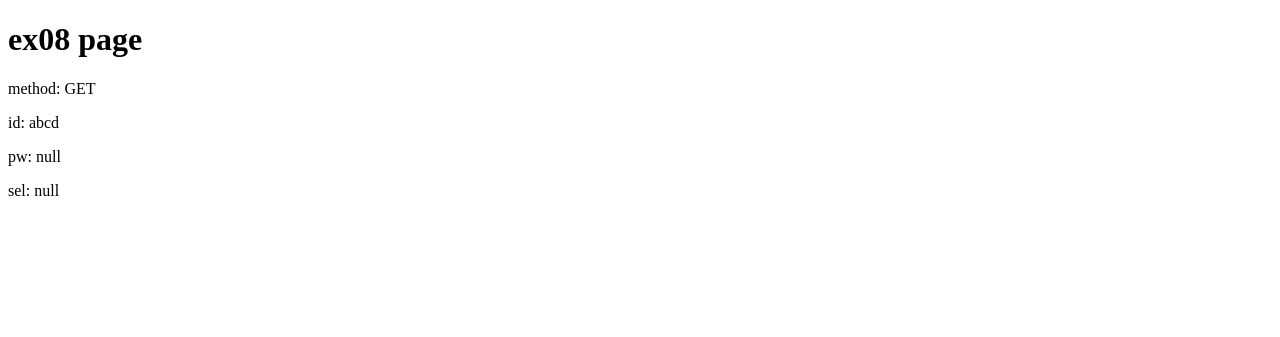
Repository: hwa3845/fullstackjava
Page: http://localhost/web02/ex08.jsp?id=abcd
The author's editor kept a copy of each file at every save. The page is drawn from the files as they stood at one save, then again after the next save.
The browser window is 1280 px wide. The pictures show the whole page.
The page is served by Tomcat 9.

Above is the page before, as saved 2025-04-15 03:43:53.

After the next save:
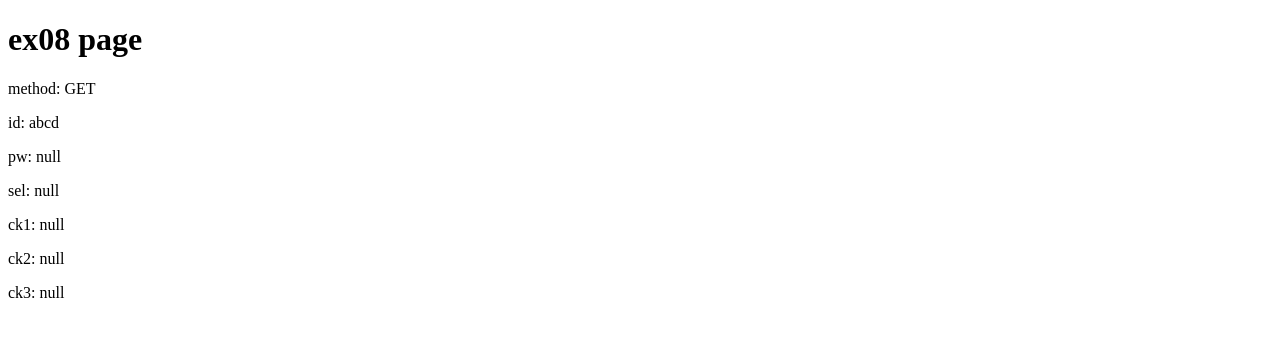
Saved 25 s later.
--- a/webWorkspace/web02/WebContent/ex08.jsp
+++ b/webWorkspace/web02/WebContent/ex08.jsp
@@ -12,5 +12,8 @@
 <p>id: <%=request.getParameter("id") %></p>	<!-- null 인 경우와 빈칸인 경우 구분 -->
 <p>pw: <%=request.getParameter("pw") %></p>
 <p>sel: <%=request.getParameter("sel") %></p>
+<p>ck1: <%=request.getParameter("ck1") %></p>
+<p>ck2: <%=request.getParameter("ck2") %></p>
+<p>ck3: <%=request.getParameter("ck3") %></p>
 </body>
 </html>
